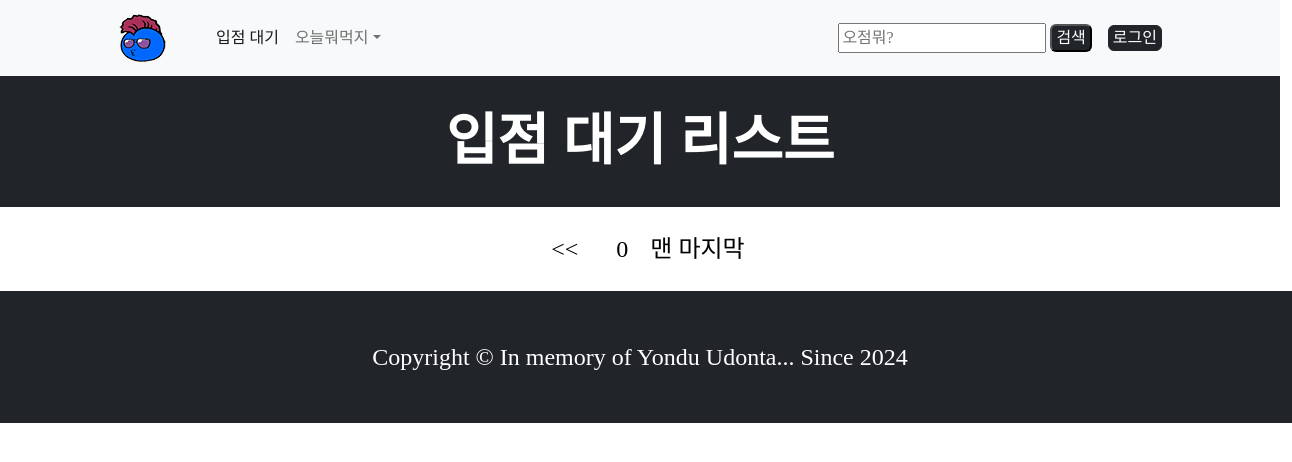
Repository: ashwan94/ydzone
Page: http://localhost/YonduZone/restaurant/vote
These files come from the project's save history. The page is drawn as it stood at one moment and after the next save; the edit follows.
The browser window is 1280 px wide. The page is 1292 px wide, so the pictures cover 1292 px, including what lies to the right of the window. The pictures show the whole page.
Some web fonts or font styles are not loaded; a fallback is used. The page is served by Tomcat 9.

Above is the page before, as saved 2024-05-02 12:57:39.

After the next save:
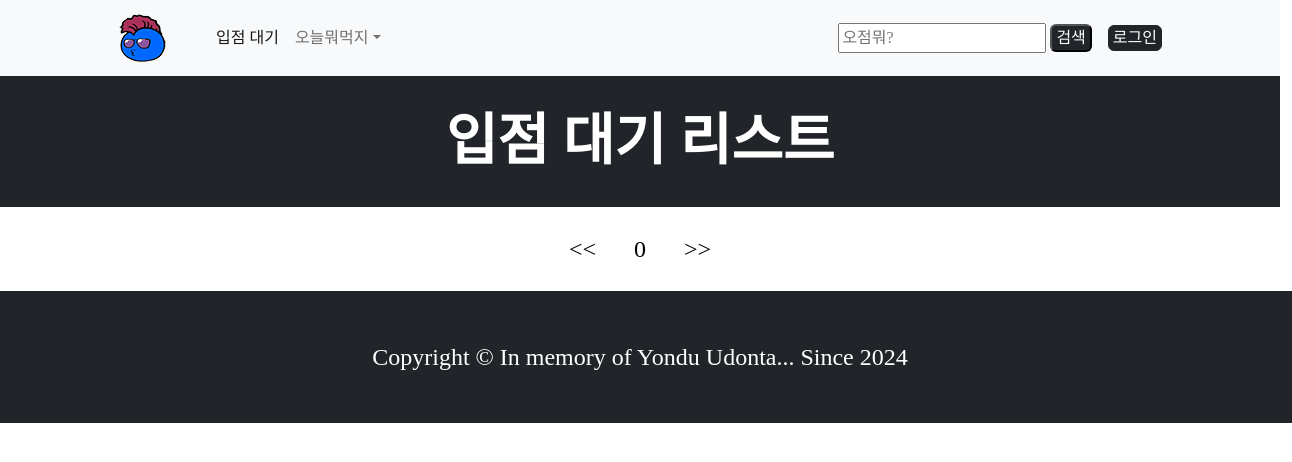
Saved 8 s later.
--- a/YonduZone/src/main/webapp/WEB-INF/views/restaurant/stanby.jsp
+++ b/YonduZone/src/main/webapp/WEB-INF/views/restaurant/stanby.jsp
@@ -176,6 +176,6 @@
 		<a href="#" class="mx-3">&gt;</a>
 	</c:if>
 
-	<a href="/restaurant/stanby?currentPageNo=${pagination.totalPageCount }&userNo=${sessionScope.user.no}">맨 마지막</a>
+	<a href="/restaurant/stanby?currentPageNo=${pagination.totalPageCount }&userNo=${sessionScope.user.no}" class="mx-3">&gt;&gt;</a>
 </div>
 <jsp:include page="/WEB-INF/views/common/footer.jsp"/>
